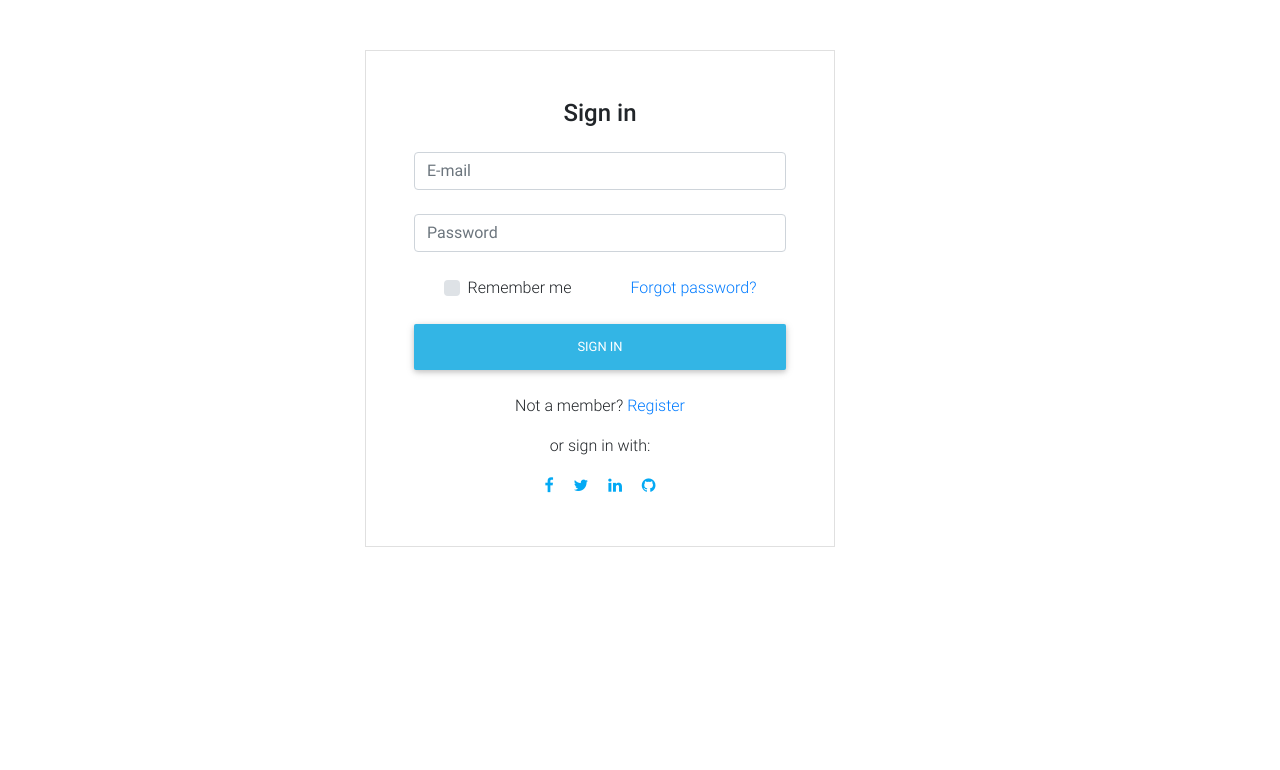
Repository: KJSCEhack/KJSCE_Vanquishers
Page: login_page.html
These files come from the project's save history. The page is drawn as it stood at one moment and after the next save; the edit follows.
The browser window is 1280 px wide. The pictures show the whole page.

Above is the page before, as saved 2018-10-06 04:11:40.

After the next save:
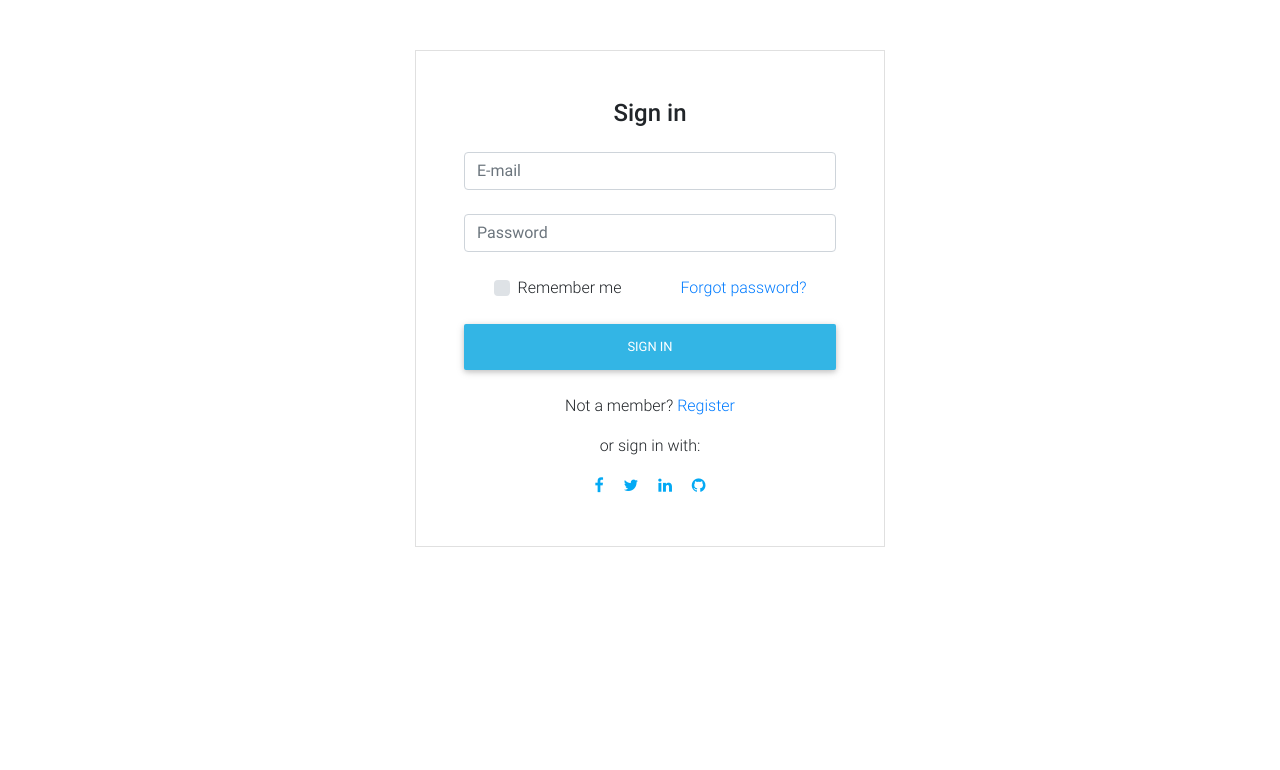
Saved 12 s later.
--- a/login_page.html
+++ b/login_page.html
@@ -13,7 +13,7 @@
     <link href="css/style.min.css" rel="stylesheet">
 </head>
 <body>
-    <div class="col-md-6" style="margin-left:350px; margin-top:50px; width:500px";>
+    <div class="col-md-6" style="margin-left:400px; margin-top:50px; width:500px";>
     <!-- Default form login -->
 <form class="text-center border border-light p-5">
 
